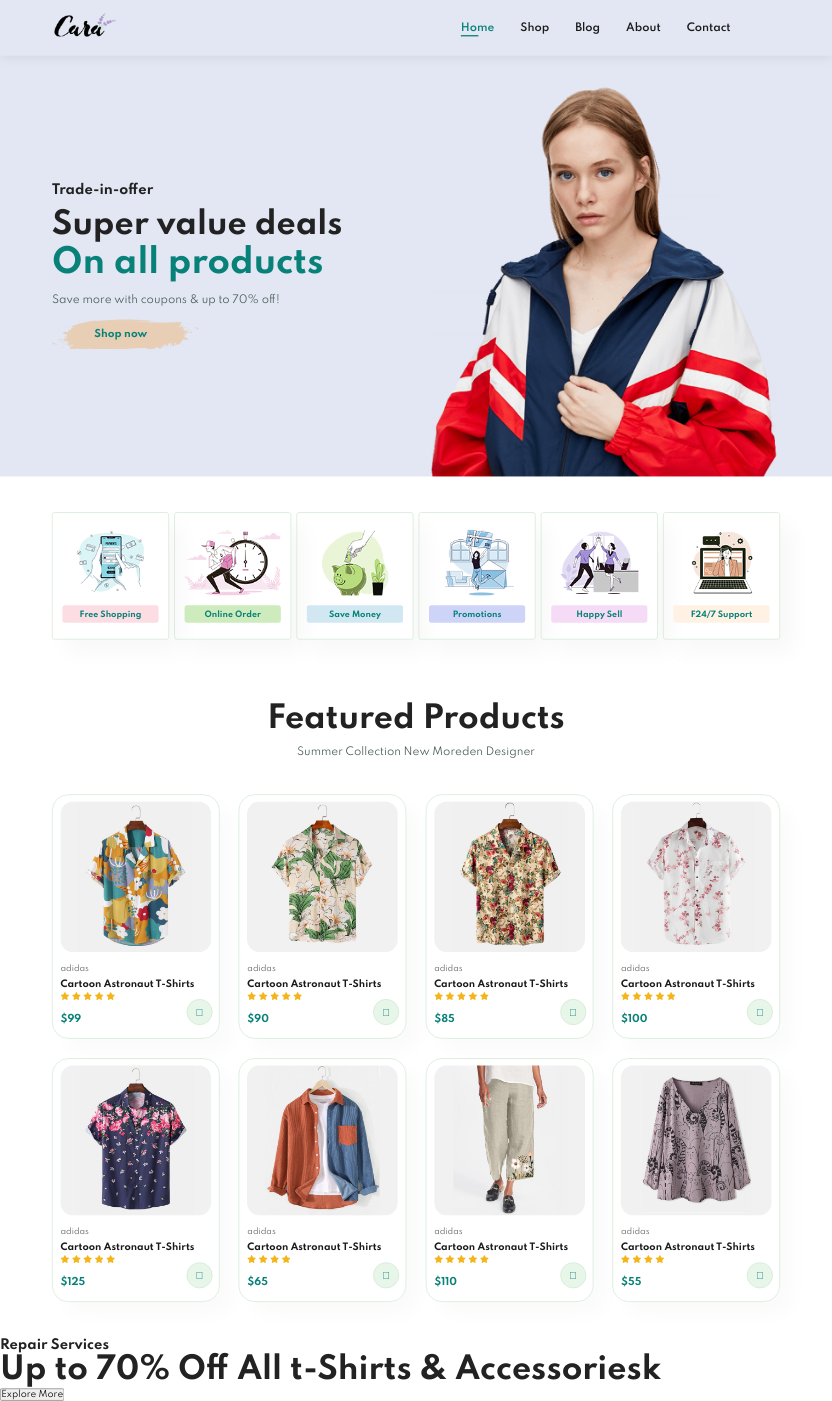
Repository: MinhNhatIT2901/Ecommerce
Page: index.html
These files come from the project's save history. The page is drawn as it stood at one moment and after the next save; the edit follows.
The browser window is 1280 px wide. The pictures show the whole page, at 65% of full size.
Some web libraries are served in a nearby version.

Above is the page before, as saved 2022-01-08 00:10:27.

After the next save:
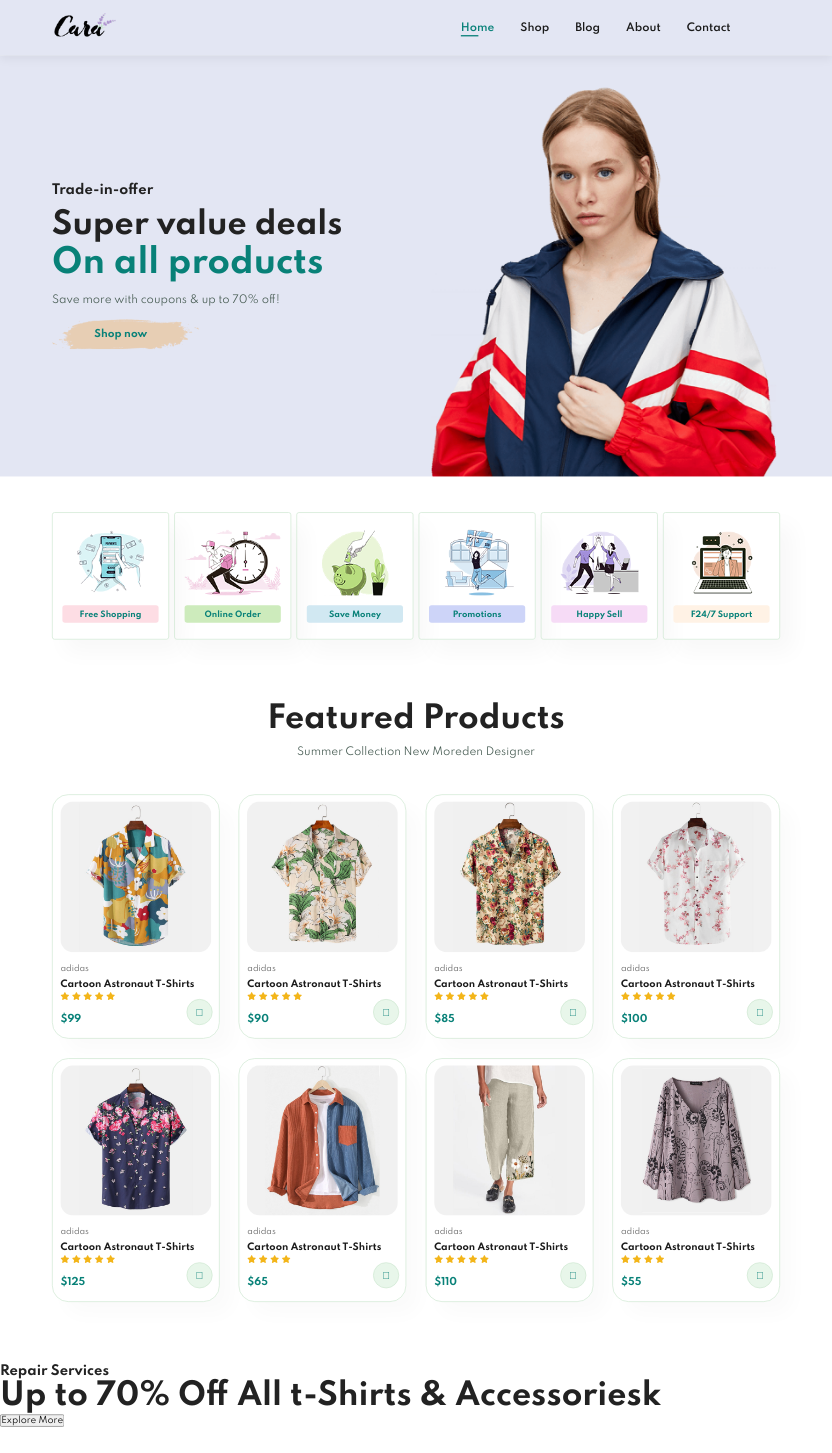
Saved 32 s later.
--- a/index.html
+++ b/index.html
@@ -194,7 +194,7 @@
         </div>
     </section>
 
-    <section id="banner">
+    <section id="banner" class="section-m1">
         <h4>Repair Services </h4>
         <h2>Up to <span>70% Off</span> All t-Shirts & Accessoriesk </h2>
         <button>Explore More</button>
